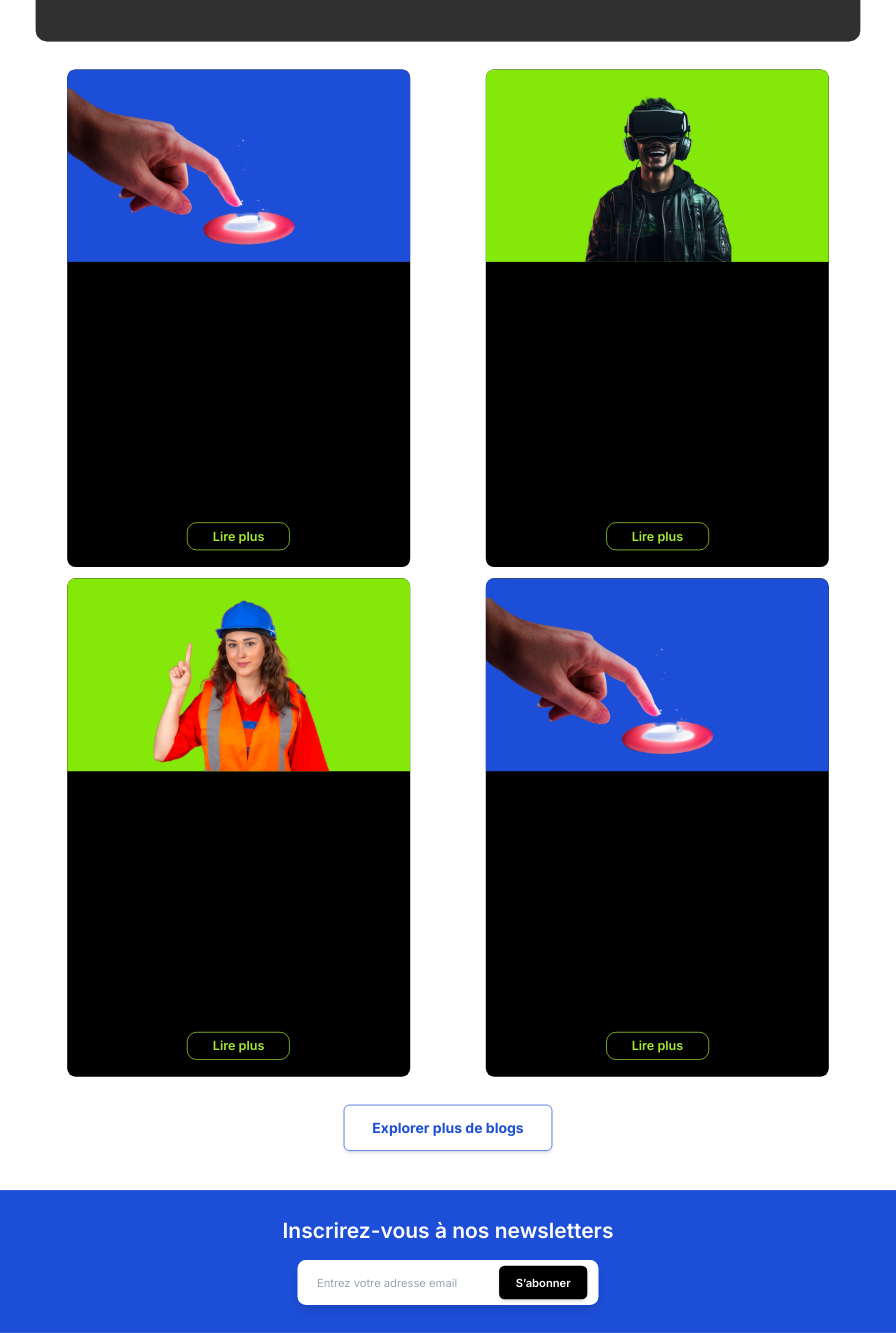
Repository: NassimeElkamari/test
Page: /blogs
These files come from the project's save history. The page is drawn as it stood at one moment and after the next save; the edit follows.
The browser window is 1280 px wide. The pictures show the part of the page from y = 593 to 2513 px (the page is 2497 px tall before and 2513 px after), at 70% of full size.
Pictures or frames that could not be fetched are drawn as grey boxes. The project was rebuilt for these pictures with package versions that can differ from the ones it lists, and the page was loaded fresh each time. The framework's server and built-in components were replaced by stand-ins that run in the browser. Also part of the build but not shown: next.config.mjs.

Above is the page before, as saved 2024-06-12 16:20:05.

### src/app/blogs/page.tsx
import Image from 'next/image';
import React from 'react';
import { MdDateRange } from "react-icons/md";
import BlogCard from '../../components/BlogCard';
import { cardData } from '../../data/cardData';

const Blog = () => {
  return (
    <div className='bg-white'>
      <div className='flex justify-center'>
        <h1 className="text-4xl font-bold text-center">Blog</h1>
      </div>
      <div className="relative w-[92vw] h-[85vh] mx-auto overflow-hidden bg-black pt-5 pl-8 flex flex-col justify-start rounded-2xl">
        <Image
          src="/bgImage.jpg"
          layout="fill"
          objectFit="cover"
          objectPosition="top"
          quality={100}
          alt="Background Image"
          className="opacity-30 bg-black"
        />
        <div className="absolute inset-0 flex flex-col justify-center text-white mt-[6%] p-4 pl-8">
          <h1 className="text-[52px] font-semibold mb-4">
            Ouvrez les portes de la connaissance <br /> avec nos Blogs stimulants
          </h1>
          <p className="text-[17px] mb-8">
            Découvrez les dernières actualités de 2peerfect dans une multitude de domaines passionnants. <br />Plongez-vous dans nos articles pour rester à jour sur les tendances les plus récentes en technologie, <br /> santé mentale, Design, Business, et bien plus encore. Avec une expertise diversifiée et des perspectives variées,<br /> 2peerfect vous offre un aperçu complet et captivant des développements les plus récents à travers différents secteurs.<br /> Ne manquez rien de ce qui se passe dans le monde, suivez 2peerfect pour rester informé et inspiré.
          </p>
          <div className="flex flex-wrap justify-between space-x-4 w-[80%]">
            <div className="bg-transparent rounded-lg shadow-md w-[15%] h-10 mb-4 border border-[#A7E92F] flex items-center justify-center">
              <h2 className="text-lg font-semibold text-center">Marketing</h2>
            </div>
            <div className="bg-transparent rounded-lg shadow-md w-[15%] h-10 mb-4 border border-[#A7E92F] flex items-center justify-center">
              <h2 className="text-lg font-semibold text-center">Design</h2>
            </div>
            <div className="bg-transparent rounded-lg shadow-md w-[15%] h-10 mb-4 border border-[#A7E92F] flex items-center justify-center">
              <h2 className="text-lg font-semibold text-center">Business</h2>
            </div>
            <div className="bg-transparent rounded-lg shadow-md w-[15%] h-10 mb-4 border border-[#A7E92F] flex items-center justify-center">
              <h2 className="text-lg font-semibold text-center">IT</h2>
            </div>
            <div className="bg-transparent rounded-lg shadow-md w-[15%] text-center h-10 mb-4 border border-[#A7E92F] flex items-center justify-center">
              <h2 className="text-lg font-semibold">Psychologie</h2>
            </div>
            {/* Add more cards as needed */}
          </div>
        </div>
      </div>
      <div className='second-section w-[85vw] mx-auto mt-10 flex justify-center'>
        <div className="flex flex-wrap gap-4 justify-between ">
          {cardData.map((card) => (
            <BlogCard
              key={card.id}
              imageSrc={card.imageSrc}
              title={card.title}
              description={card.description}
              date={card.date}
              color={card.background}
            />
          ))}
        </div>
      </div>
      <div className="flex justify-center mt-10">
        <button className=" text-white rounded-lg shadow-md  text-center mx-10 my-4 px-10 py-8 h-10 border border-[#1D4ED8] flex items-center justify-center">
          <h2 className="text-xl font-bold text-[#1D4ED8]">Explorer plus de blogs </h2>
        </button>
      </div>
      <div className="bg-[#1D4ED8] py-10 mt-10 flex flex-col items-center justify-center">
        <h2 className="text-3xl font-semibold text-white mb-4">Inscrirez-vous à nos newsletters</h2>
        <div className="bg-white px-4 py-2 rounded-xl shadow-lg flex flex-col items-center sm:flex-row mt-2">
          <input
            type="email"
            placeholder="Entrez votre adresse email"
            className="w-64 p-3 mb-4 sm:mb-0 sm:mr-4 rounded-lg focus:outline-none"
          />
          <button className="bg-black text-white font-semibold py-3 px-6 rounded-lg shadow-md ">
          S’abonner
          </button>
        </div>
      </div>
    </div>
  );
};

export default Blog;

### src/components/BlogCard.tsx
import Image from 'next/image'
import React from 'react'
import { MdDateRange } from "react-icons/md";


const BlogCard = ({ imageSrc, title, description, date , color}) => {
  return (
    <div className='w-[45%] h-[50%] bg-black rounded-xl flex flex-col'>
    <div className="w-[100%] h-2/5 relative">
        <Image
        src={imageSrc}
        layout='responsive'
        height={100}
        width={100}
        alt="Card Image"
        className="w-full h-full rounded-t-xl "
        style={{backgroundColor: `${color}`}}
        />
    </div>
    <div className="pt-14 flex justify-center items-center flex-col px-5">
        <h1 className="text-[32px] font-semibold">{title}</h1>
        <p className="text-md mt-5">{description}</p>
    </div>
    <div className="flex items-center justify-end mt-10 mr-2">
        <MdDateRange width={70} height={70} className='mr-4'/>
        <p className="mr-2">{date}</p>
    </div>
    <div className="flex justify-center mt-8 mb-6"> {/* Added justify-center class */}
        <button className="bg-black rounded-[14px] shadow-md w-[30%] text-center h-10 border border-[#A7E92F] flex items-center justify-center">
        <h2 className="text-lg font-semibold text-[#A7E92F]">Lire plus</h2> {/* Added text-white class */}
        </button>
    </div>
    </div>
  )
}

export default BlogCard

### src/data/cardData.js
export const cardData = [
  {
    id: 1,
    imageSrc: "/card11.png",
    title: "L'impact des médias sociaux sur la santé mental",
    description: "Discuter de la façon dont les likes, les commentaires et les partages peuvent devenir une mesure de notre valeur personnelle, et comment cela peut affecter notre estime de soi et notre bien-être émotionnel...",
    date: "11 Décembre 2023",
    background: '#1D4ED8' // Background color for the first card
  },
  {
    id: 2,
    imageSrc: "/card22.png",
    title: "L’inovation technologique dans l’éducation",
    description: "Reconnaître les défis liés à l'intégration de la technologie dans l'éducation, tels que l'accès inégal aux ressources technologiques et les préoccupations concernant la dépendance excessive à la technologie...",
    date: "11 Décembre 2023",
    background: '#84e809' // Background color for the second card
  },
  {
    id: 3,
    imageSrc: "/card33.png",
    title: "L’inovation technologique dans l’éducation",
    description: "Reconnaître les défis liés à l'intégration de la technologie dans l'éducation, tels que l'accès inégal aux ressources technologiques et les préoccupations concernant la dépendance excessive à la technologie...",
    date: "11 Décembre 2023",
    background: '#84e809' // Background color for the third card
  },
  {
    id: 4,
    imageSrc: "/card11.png",
    title: "L'impact des médias sociaux sur la santé mental",
    description: "Discuter de la façon dont les likes, les commentaires et les partages peuvent devenir une mesure de notre valeur personnelle, et comment cela peut affecter notre estime de soi et notre bien-être émotionnel...",
    date: "11 Décembre 2023",
    background: '#1D4ED8' // Background color for the fourth card
  },
];

Loaded but not shown: src/app/layout.tsx (common file); src/app/globals.css (common file); tailwind.config.ts (common file)

After the next save:
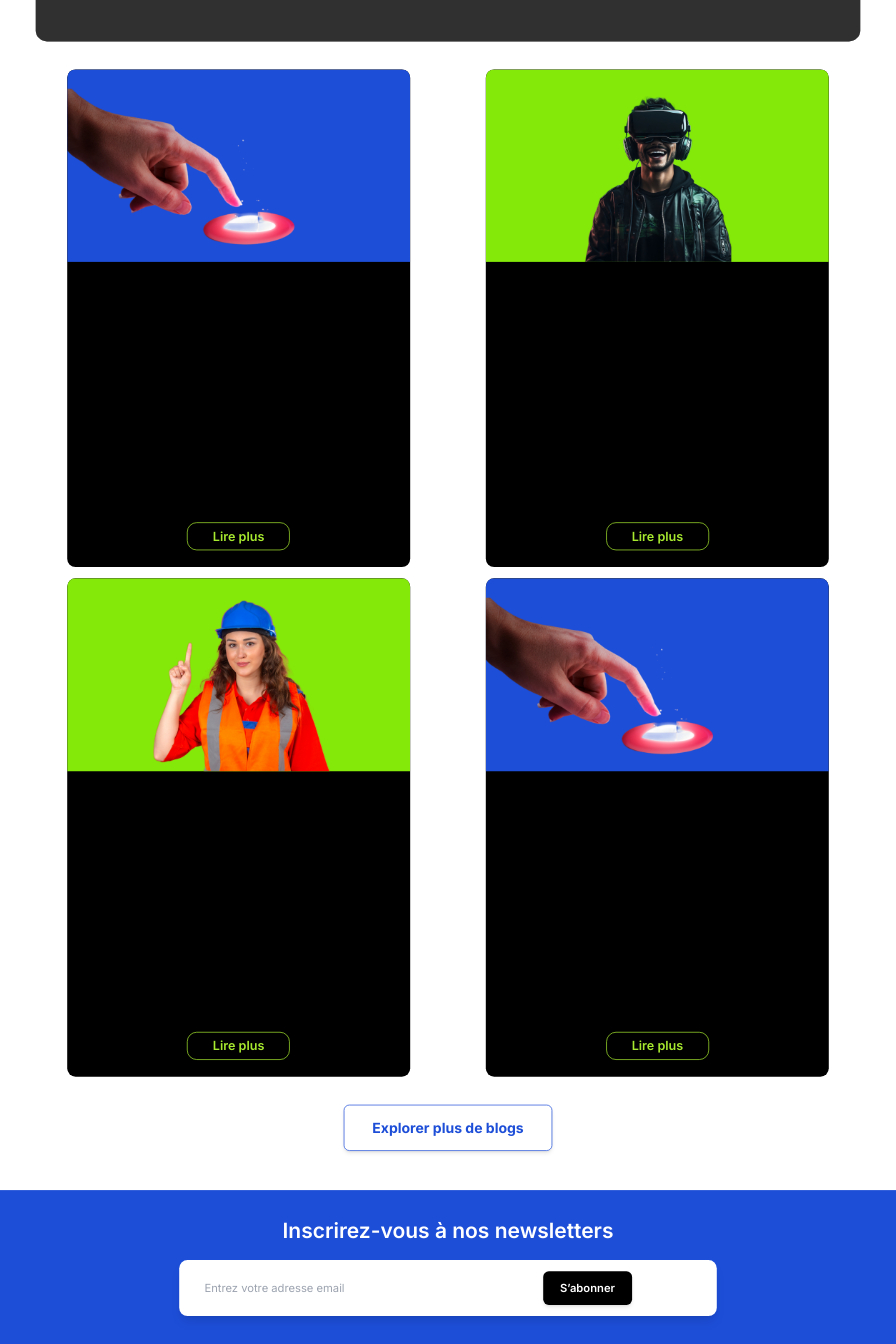
Saved 105 s later.
--- a/src/app/blogs/page.tsx
+++ b/src/app/blogs/page.tsx
@@ -68,14 +68,14 @@ const Blog = () => {
       </div>
       <div className="bg-[#1D4ED8] py-10 mt-10 flex flex-col items-center justify-center">
         <h2 className="text-3xl font-semibold text-white mb-4">Inscrirez-vous à nos newsletters</h2>
-        <div className="bg-white px-4 py-2 rounded-xl shadow-lg flex flex-col items-center sm:flex-row mt-2">
+        <div className="bg-white px-6 py-4 rounded-xl shadow-lg flex flex-col items-center sm:flex-row mt-2 w-full max-w-3xl">
           <input
             type="email"
             placeholder="Entrez votre adresse email"
-            className="w-64 p-3 mb-4 sm:mb-0 sm:mr-4 rounded-lg focus:outline-none"
+            className="w-full sm:w-2/3 p-3 mb-4 sm:mb-0 sm:mr-4 rounded-lg focus:outline-none"
           />
-          <button className="bg-black text-white font-semibold py-3 px-6 rounded-lg shadow-md ">
-          S’abonner
+          <button className="bg-black text-white font-semibold py-3 px-6 rounded-lg shadow-md w-full sm:w-auto">
+            S’abonner
           </button>
         </div>
       </div>
